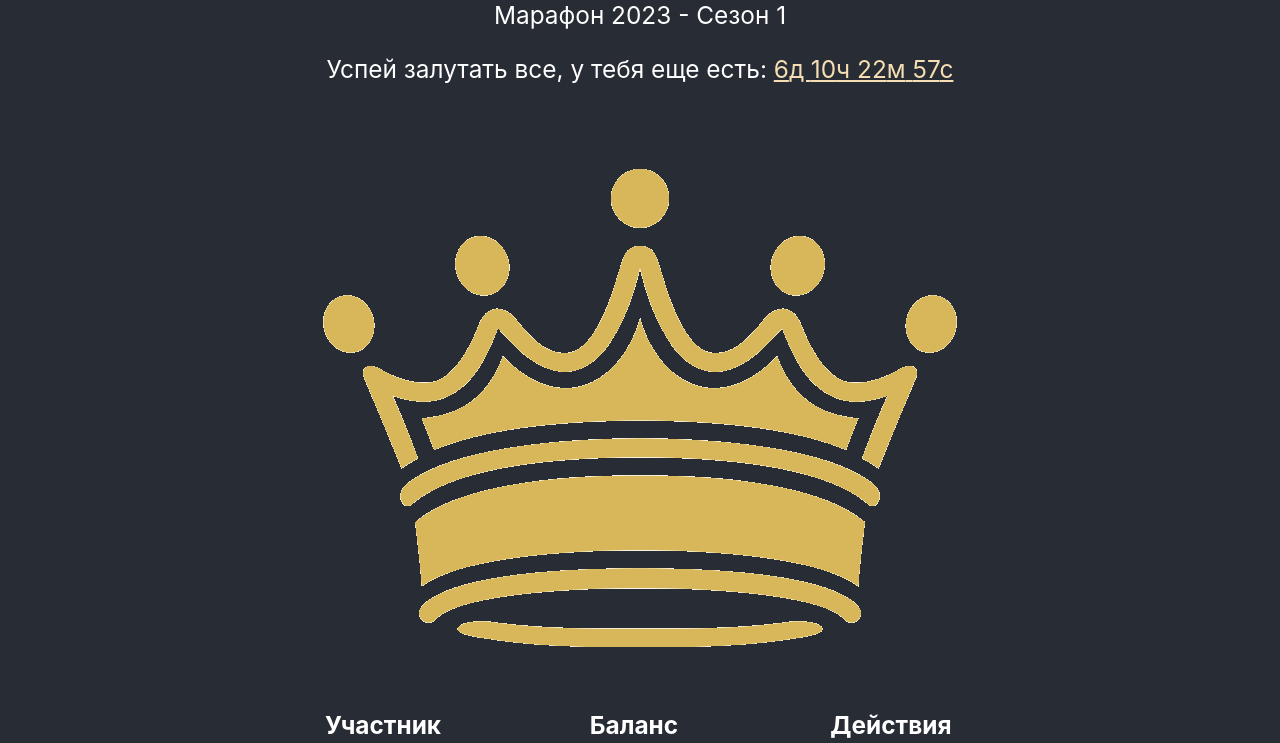
Repository: bandikost/capers
Page: /main
These files come from the project's save history. The page is drawn as it stood at one moment and after the next save; the edit follows.
The browser window is 1280 px wide. The pictures show the whole page.
The page's requests for data from a server got no answer. The project was rebuilt for these pictures with package versions that can differ from the ones it lists, and the page was loaded fresh each time. No one was signed in, and anything a server would have sent is missing.

Above is the page before, as saved 2023-04-10 17:01:53.

### src/App.js
import logo from './logo.svg';
import './App.css';
import { BrowserRouter, Routes, Route } from "react-router-dom";
import Main from './components/Main';


function App() {
  return (
    <div className="App">
      <header className="App-header">
      <BrowserRouter >
        <Routes>
            <Route path='/main' element={<Main />}/>

        </Routes>
      </BrowserRouter>
      </header>
    </div>
  );
}

export default App;

### src/App.css
.App {
  text-align: center;
}

.App-logo {
  height: 40vmin;
  pointer-events: none;
}


.App-header {
  background-color: #282c34;
  min-height: 100vh;
  display: flex;
  flex-direction: column;
  align-items: center;
  justify-content: center;
  font-size: calc(10px + 2vmin);
  color: white;
  padding: 0 20px;
}

.App-link {
  color: #61dafb;
}


.table {
  height: auto;
  margin: 0 auto 0;
  position: relative;
    top: -25px
}

.cell {
  border: 1px solid white;
  border-radius: 10px;
  width: 300px;
  margin: 50px 0px;
  display: flex;
  justify-content: space-between;
}

.cell p {
  padding: 0 20px;
  width: 110px;
}

.button {
  display: block;
  width: 120px;
  position: relative;
  z-index: 10;
  left: -140%;
  margin-top: -60px;
  height: 50px;
  opacity: 0;
}

.container {
  display: flex;
    margin: 0 auto 0;
    flex-direction: column;
}

.table .cell:before {
  content: attr(data-number) ". ";
  margin-left: -40px;
  display: flex;
  padding: 0 5px;
  align-items: center;
}

hr {
  display: flex;
  margin: 0;
}

.table .cell:before {
  color: gold;
  font-size: 40px;
  display: flex;
  align-items: center;
}
.table .cell:nth-child(2):before {
  color: silver;
  font-size: 35px;
}
.table .cell:nth-child(3):before {
  color: #D2B48C;
  font-size: 30px;
}

.table .cell:nth-child(4):before {
  color: white;
  font-size: 25px;
}

### src/components/Main.jsx
import React, { useState, useEffect } from "react";
import firebase from "../firebase";
import crown from "./images/pngegg.png"

const Main = () => {
  const [name, setName] = useState({});
  const [balance, setbalance] = useState({});
  const [editingUser, setEditingUser] = useState(null);
  const [targetDate, setTargetDate] = useState(new Date("2023-04-16T21:00:00.000Z"));
  const [timeRemaining, setTimeRemaining] = useState({});
  const [prevBalance, setPrevBalance] = useState({});

  useEffect(() => {
    const balanceRef = firebase.database().ref("balance");
    balanceRef.on("value", (snapshot) => {
      const data = snapshot.val();
      setbalance(data);
    });
  }, []);

  useEffect(() => {
    const nameRef = firebase.database().ref("name");
    nameRef.on("value", (snapshot) => {
      const data = snapshot.val();
      setName(data);
    });
  }, []);

  useEffect(() => {
    const timer = setInterval(() => {
      setTimeRemaining(calculateTimeRemaining(targetDate));
    }, 1000);
    return () => clearInterval(timer);
  }, [targetDate]);

  function calculateTimeRemaining(targetDate) {
    const difference = +targetDate - +new Date();
    const timeRemaining = {};

    if (difference > 0) {
      timeRemaining.days = Math.floor(difference / (1000 * 60 * 60 * 24));
      timeRemaining.hours = Math.floor((difference / (1000 * 60 * 60)) % 24);
      timeRemaining.minutes = Math.floor((difference / 1000 / 60) % 60);
      timeRemaining.seconds = Math.floor((difference / 1000) % 60);
    } else {
      timeRemaining.days = 0;
      timeRemaining.hours = 0;
      timeRemaining.minutes = 0;
      timeRemaining.seconds = 0;
    }

    return timeRemaining;
  }

  const handleEditClick = (user) => {
    setEditingUser(user);
    setPrevBalance(balance[user]); // store previous balance value
  };

  const handleSaveClick = (user, newBalance) => {
    setEditingUser(null);
    const diff = newBalance - prevBalance;
    setPrevBalance({}); // reset previous balance value
    const updatedBalance = { ...balance };
    updatedBalance[user] = { value: newBalance, diff: diff };
    setbalance(updatedBalance);
    firebase.database().ref(`balance/${user}`).set(newBalance);
  };


  const sortedBalances = Object.entries(balance).sort((a, b) => b[1] - a[1]);
  return (
    <div className="container">
      Марафон 2023 - Сезон 1
      <p>
       Успей залутать все, у тебя еще есть: <span style={{color: "wheat", textDecoration: "underline"}}>
       {timeRemaining.days}д {timeRemaining.hours}ч {timeRemaining.minutes}м{" "}
        {timeRemaining.seconds}с
        </span>
      </p>
      <img src={crown} alt="logo" className="logo" />
      <table>
        <thead>
          <tr>
            <th>Участник</th>
            <th>Баланс</th>
            <th>Действия</th>
          </tr>
        </thead>
        <tbody>
          {sortedBalances.map(([user, balance]) => (
            <tr key={user}>
              <td>{name[user]}</td>
              {editingUser === user ? (
                <td>
                  <input
                    type="number"
                    value={balance}
                    onChange={(e) => setbalance({ ...balance, [user]: +e.target.value })}
                  />
                </td>
              ) : (
                <td>{balance} рублей</td>
              )}
              <td>
                {editingUser === user ? (
                  <button onClick={() => handleSaveClick(user, balance)}>Сохранить</button>
                ) : (
                  <button onClick={() => handleEditClick(user)}>Изменить</button>
                )}
              </td>
            </tr>
          ))}
        </tbody>
      </table>
    </div>
  );

};

export default Main;

### src/firebase.js

import "firebase/database";
import firebase from "firebase/compat/app";
import "firebase/compat/database";
import { getAuth } from "firebase/auth";
import { getFirestore } from "firebase/firestore";
import { getStorage, ref } from "firebase/storage";


const firebaseConfig = {
    apiKey: "AIzaSyBp1x8lQCSbuPwbK_sXJ7eGkGpN9c7ONY8",
    authDomain: "capers-a3171.firebaseapp.com",
    databaseURL: "https://capers-a3171-default-rtdb.europe-west1.firebasedatabase.app",
    projectId: "capers-a3171",
    storageBucket: "capers-a3171.appspot.com",
    messagingSenderId: "794243042023",
    appId: "1:794243042023:web:668504b8bdcbe9b7c63042",
    measurementId: "G-7YW48MQCSP"
  };

firebase.initializeApp(firebaseConfig);

export const auth = getAuth();
export const storage = getStorage()
export const db = getFirestore();
export default firebase;

Loaded but not shown: public/index.html (common file); src/index.js (common file); src/index.css (common file); src/reportWebVitals.js (common file)

After the next save:
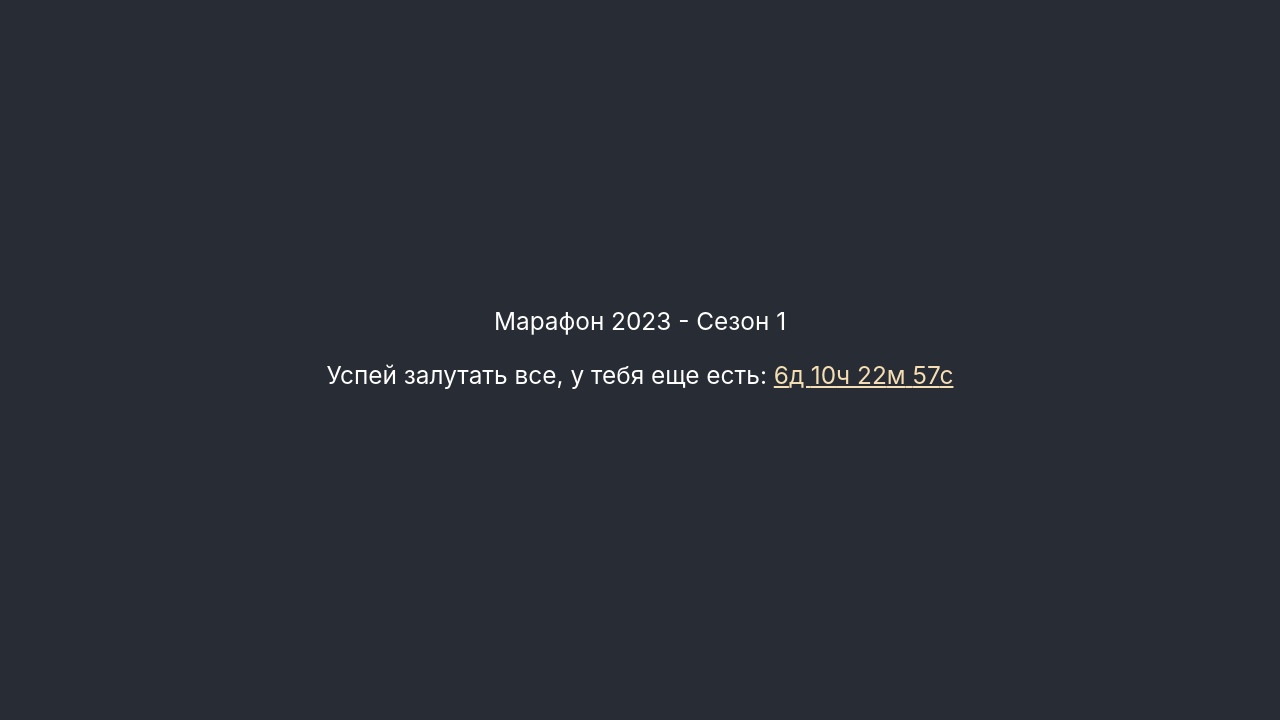
Saved 32 s later.
--- a/src/components/Main.jsx
+++ b/src/components/Main.jsx
@@ -78,43 +78,19 @@
         {timeRemaining.seconds}с
         </span>
       </p>
-      <img src={crown} alt="logo" className="logo" />
-      <table>
-        <thead>
-          <tr>
-            <th>Участник</th>
-            <th>Баланс</th>
-            <th>Действия</th>
-          </tr>
-        </thead>
-        <tbody>
-          {sortedBalances.map(([user, balance]) => (
-            <tr key={user}>
-              <td>{name[user]}</td>
-              {editingUser === user ? (
-                <td>
-                  <input
-                    type="number"
-                    value={balance}
-                    onChange={(e) => setbalance({ ...balance, [user]: +e.target.value })}
-                  />
-                </td>
-              ) : (
-                <td>{balance} рублей</td>
-              )}
-              <td>
-                {editingUser === user ? (
-                  <button onClick={() => handleSaveClick(user, balance)}>Сохранить</button>
-                ) : (
-                  <button onClick={() => handleEditClick(user)}>Изменить</button>
-                )}
-              </td>
-            </tr>
-          ))}
-        </tbody>
-      </table>
+      {sortedBalances.map(([user, balanceObj]) => (
+        <div key={user}>
+          <span>{name[user]}:</span>
+          <span>{balanceObj.value} рублей</span>
+          {balanceObj.diff !== undefined && (
+            <span>({balanceObj.diff > 0 ? `+${balanceObj.diff}` : balanceObj.diff} рублей)</span>
+          )}
+          <button onClick={() => handleEditClick(user)}>Edit</button>
+        </div>
+      ))}
     </div>
   );
+
 
 };
 

After the save that followed:
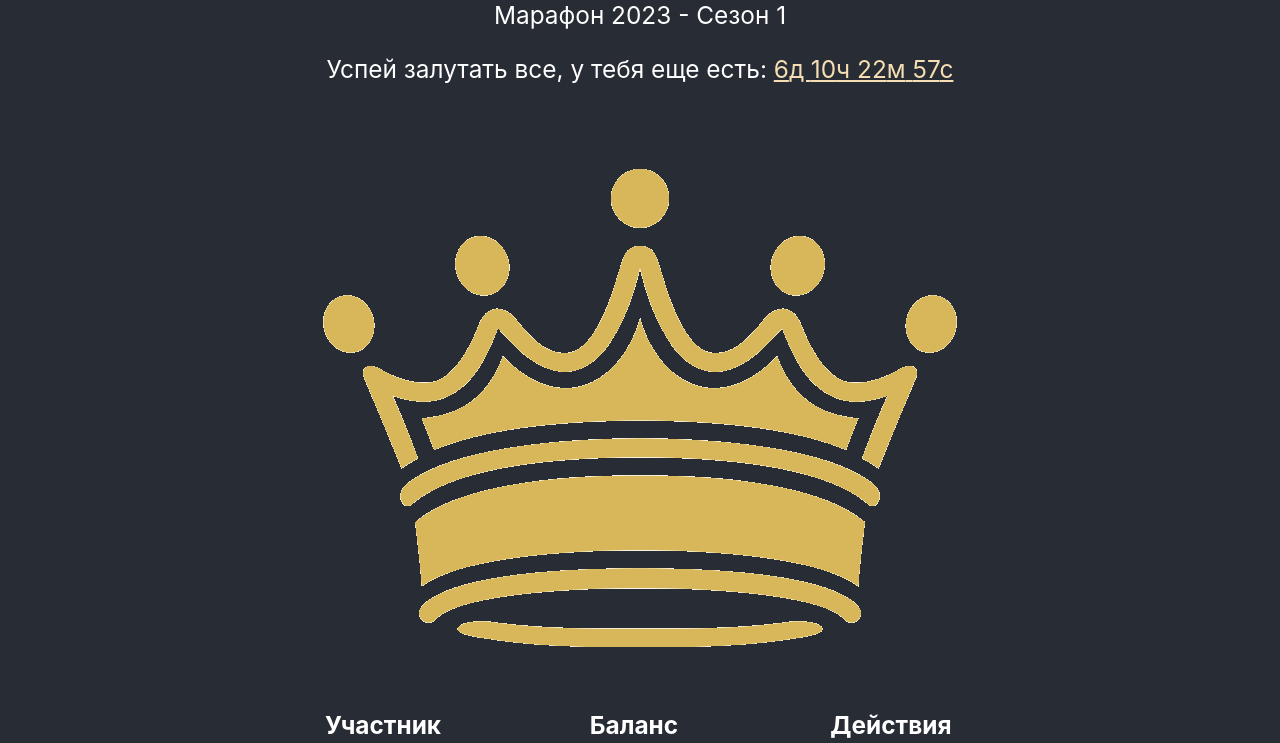
Saved 91 s later.
--- a/src/components/Main.jsx
+++ b/src/components/Main.jsx
@@ -78,19 +78,43 @@
         {timeRemaining.seconds}с
         </span>
       </p>
-      {sortedBalances.map(([user, balanceObj]) => (
-        <div key={user}>
-          <span>{name[user]}:</span>
-          <span>{balanceObj.value} рублей</span>
-          {balanceObj.diff !== undefined && (
-            <span>({balanceObj.diff > 0 ? `+${balanceObj.diff}` : balanceObj.diff} рублей)</span>
-          )}
-          <button onClick={() => handleEditClick(user)}>Edit</button>
-        </div>
-      ))}
+      <img src={crown} alt="logo" className="logo" />
+      <table>
+        <thead>
+          <tr>
+            <th>Участник</th>
+            <th>Баланс</th>
+            <th>Действия</th>
+          </tr>
+        </thead>
+        <tbody>
+          {sortedBalances.map(([user, balance]) => (
+            <tr key={user}>
+              <td>{name[user]}</td>
+              {editingUser === user ? (
+                <td>
+                  <input
+                    type="number"
+                    value={balance}
+                    onChange={(e) => setbalance({ ...balance, [user]: +e.target.value })}
+                  />
+                </td>
+              ) : (
+                <td>{balance} рублей</td>
+              )}
+              <td>
+                {editingUser === user ? (
+                  <button onClick={() => handleSaveClick(user, balance)}>Сохранить</button>
+                ) : (
+                  <button onClick={() => handleEditClick(user)}>Изменить</button>
+                )}
+              </td>
+            </tr>
+          ))}
+        </tbody>
+      </table>
     </div>
   );
-
 
 };
 
